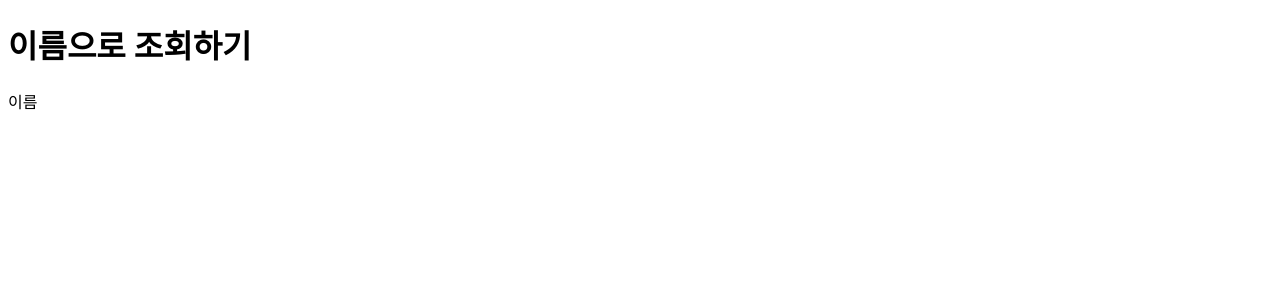
Repository: shinymusket/ideal-memory2
Page: jspWorkSpace/web08/WebContent/searchName.html
These files come from the project's save history. The page is drawn as it stood at one moment and after the next save; the edit follows.
The browser window is 1280 px wide. The pictures show the whole page.

Above is the page before, as saved 2022-06-13 04:49:37.

After the next save:
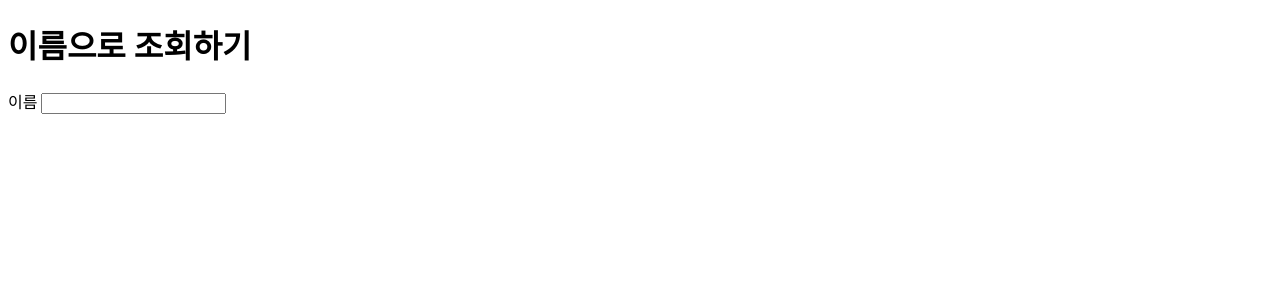
Saved 26 s later.
--- a/jspWorkSpace/web08/WebContent/searchName.html
+++ b/jspWorkSpace/web08/WebContent/searchName.html
@@ -7,7 +7,8 @@
 <body>
 	<h1>이름으로 조회하기</h1>
 	<form action="" method="post">
-		<label for="">이름</label>
+		<label for="name">이름</label>
+		<input type="text" id="name" name="name">
 
 
 	</form>
